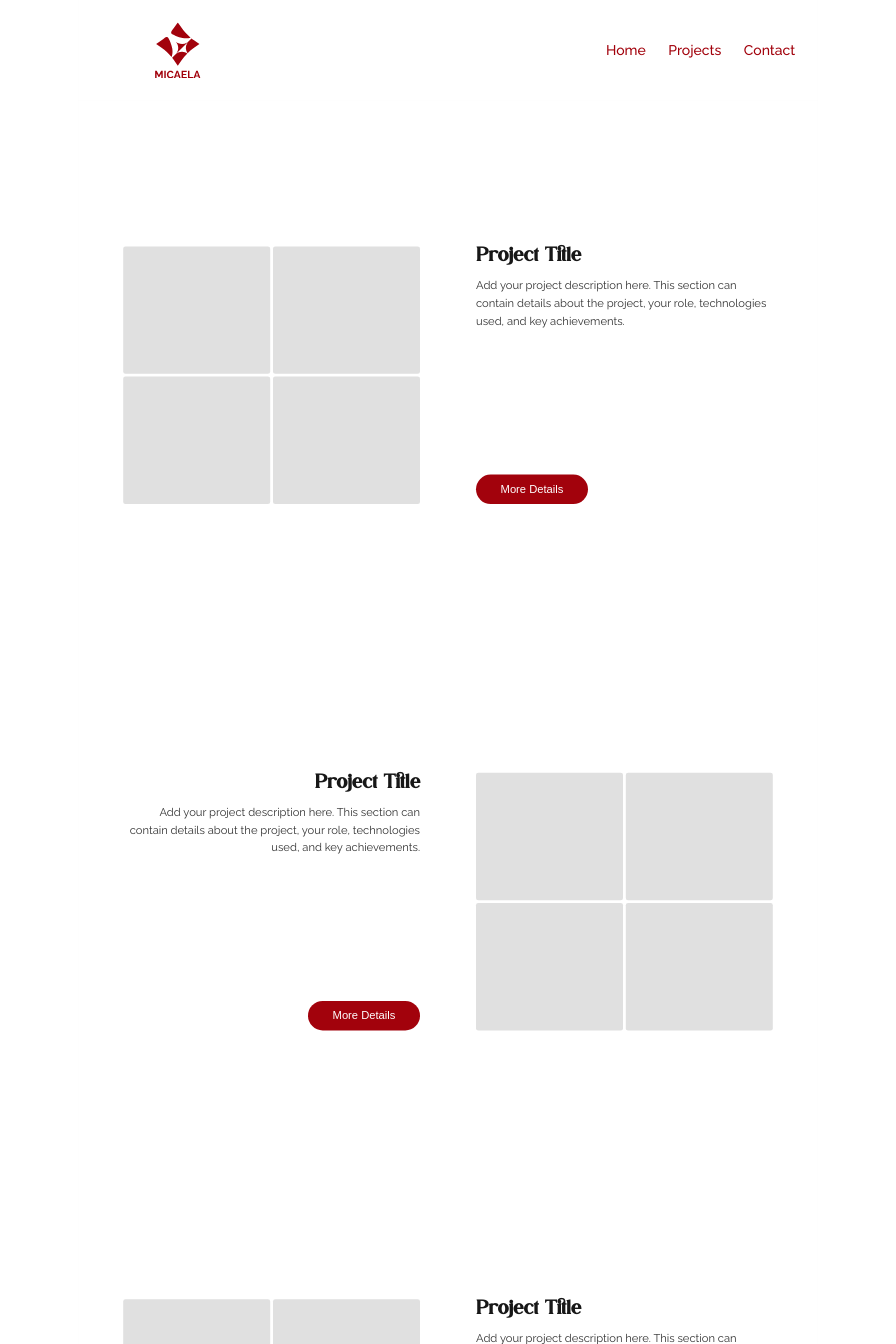
Repository: Micaelavalmores/Micaela-Portfolio
Page: /home-page
The author's editor kept a copy of each file at every save. The page is drawn from the files as they stood at one save, then again after the next save.
The browser window is 1280 px wide. The pictures show the part of the page from y = 0 to 1920 px (the page is 3184 px tall), at 70% of full size.
The project was rebuilt for these pictures with package versions that can differ from the ones it lists, and the page was loaded fresh each time. The framework's server and built-in components were replaced by stand-ins that run in the browser. Also part of the build but not shown: next.config.mjs.

Above is the page before, as saved 2026-01-27 12:08:17.

After the next save:
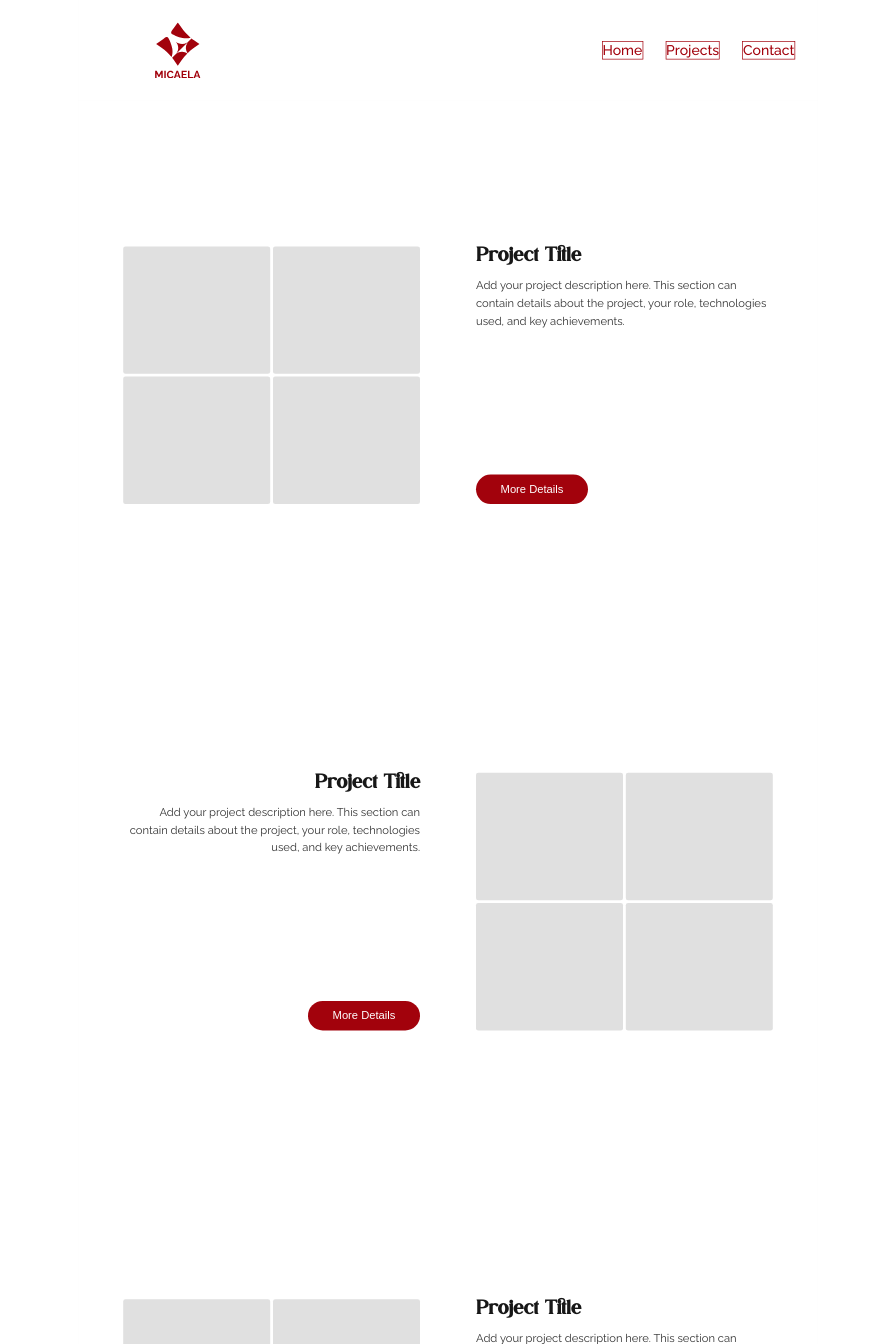
Saved 6 s later.
--- a/app/components/Navbar.module.css
+++ b/app/components/Navbar.module.css
@@ -40,7 +40,7 @@
   font-weight: 500;
   transition: color 0.3s ease;
   position: relative;
-
+  border: solid 1px
 }
 
 .navLinks a:hover {
